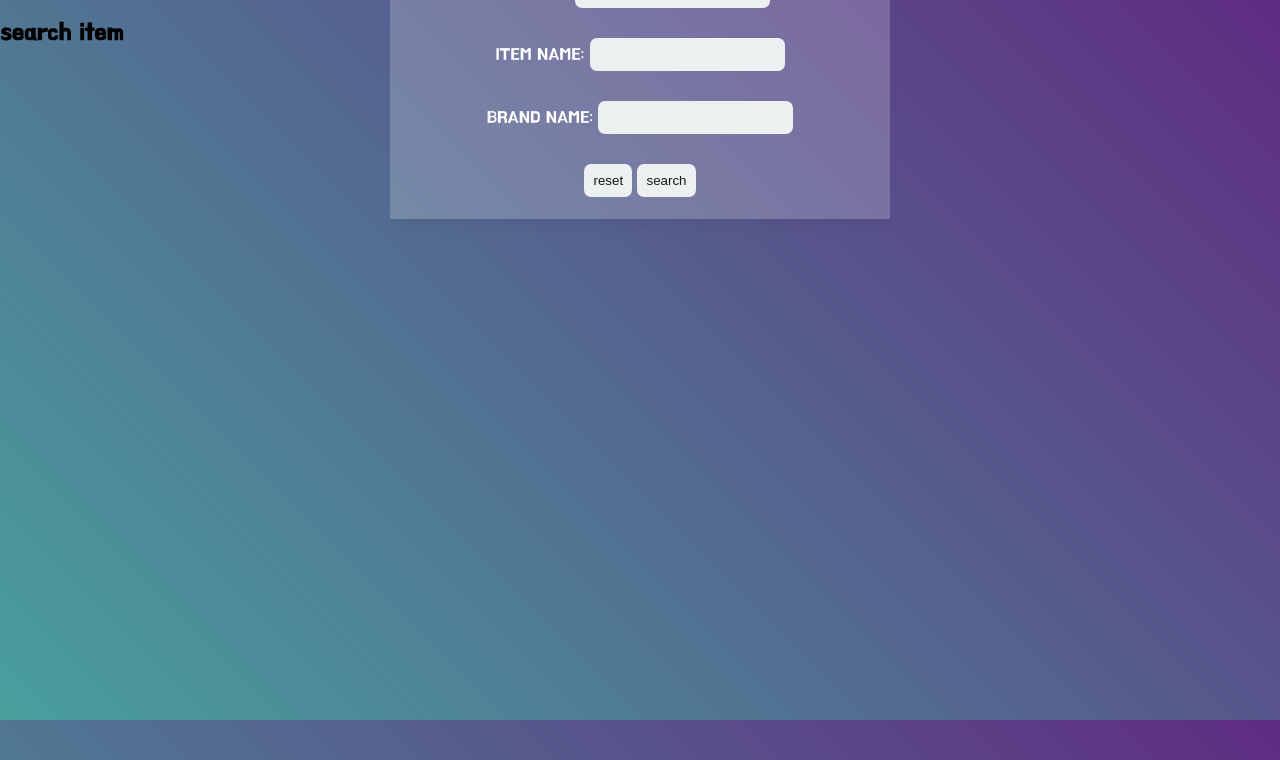
Repository: MIR013/KNU_DB_Project_Team5
Page: dbphase/Databaase/WebContent/search_item.html
The author's editor kept a copy of each file at every save. The page is drawn from the files as they stood at one save, then again after the next save.
The browser window is 1280 px wide. The pictures show the whole page.

Above is the page before, as saved 2018-11-22 11:27:07.

### dbphase/Databaase/WebContent/search_item.html
<!DOCTYPE html>
<html>
<head>
<meta charset="UTF-8">
<link rel='stylesheet' type='text/css' href='mystyle.css'>
<title>Insert title here</title>
</head>
<body>
<h2>search item</h2>
<form action="search_item_result.jsp" method="POST">
	<div class="container">
	<table>
			<tr>
				<td>   ITEM ID: <input type="text" name="itemID"/></td>
			</tr>
			<tr>
				<td> ITEM NAME: <input type="text" name="itemName"/></td>
			</tr>
			<tr>
				<td>BRAND NAME: <input type="text" name="brandName"/></td>
			</tr>
			<tr>
				<td><input type="reset" value="reset"/> <input type="submit" value="search"/> </td>
			</tr>

	</table>
	</div>
	</form>

	<form action="main_page.jsp" method="POST">
	<div class="container">
			<input type="submit" value="BACK"/>
	</div>
	</form>


</body>
</html>

### dbphase/Databaase/WebContent/mystyle.css


@font-face{
	font-family:"hanna";
	src:url("hanna.ttf")format("truetype");
}




input {
   /* width: 18%;*/
    text-align: center;

    padding: 1ex;
    border: 2px solid #ECF0F1;
    transition: border ease 500ms;
    border-radius: 1ex;
    background: #ECF0F1;
    color: #181818;

    &:focus {
      outline: none;
      border: 2px solid #3498DB;
    }

    &:not(:last-child) {
      margin-bottom: 1ex;
    }
}
button {
   color: white;
   border: 2px solid #3498DB;
   background: #3498DB;
}

html,
body {
	height: 100%;
}


body {
	margin: 0;
	background: linear-gradient(45deg, #49a09d, #5f2c82);
	font-family: hanna;
	font-weight: 100;
}

.container {
	height:800px;
	overflow: auto;
	position: absolute;
	top: 50%;
	left: 50%;
	transform: translate(-50%, -50%);
}

table {
	width: 500px;
	overflow: hidden;
	border-collapse: collapse;
	box-shadow: 0 0 20px rgba(0,0,0,0.1);
}

th,
td {
	white-space:nowrap;
	text-align: center;
	padding: 15px;
	background-color: rgba(255,255,255,0.2);
	color: #fff;
	margin-left: auto; margin-right: auto;
}

th {
	text-align: center;
}

thead {
	th {
		background-color: #55608f;
	}
}

tbody {
	tr {
		&:hover {
			background-color: rgba(255,255,255,0.3);
		}
	}
	td {
		position: relative;
		&:hover {
			&:before {
				content: "";
				position: absolute;
				left: 0;
				right: 0;
				top: -9999px;
				bottom: -9999px;
				background-color: rgba(255,255,255,0.2);
				z-index: -1;
			}
		}
	}
}

After the next save:
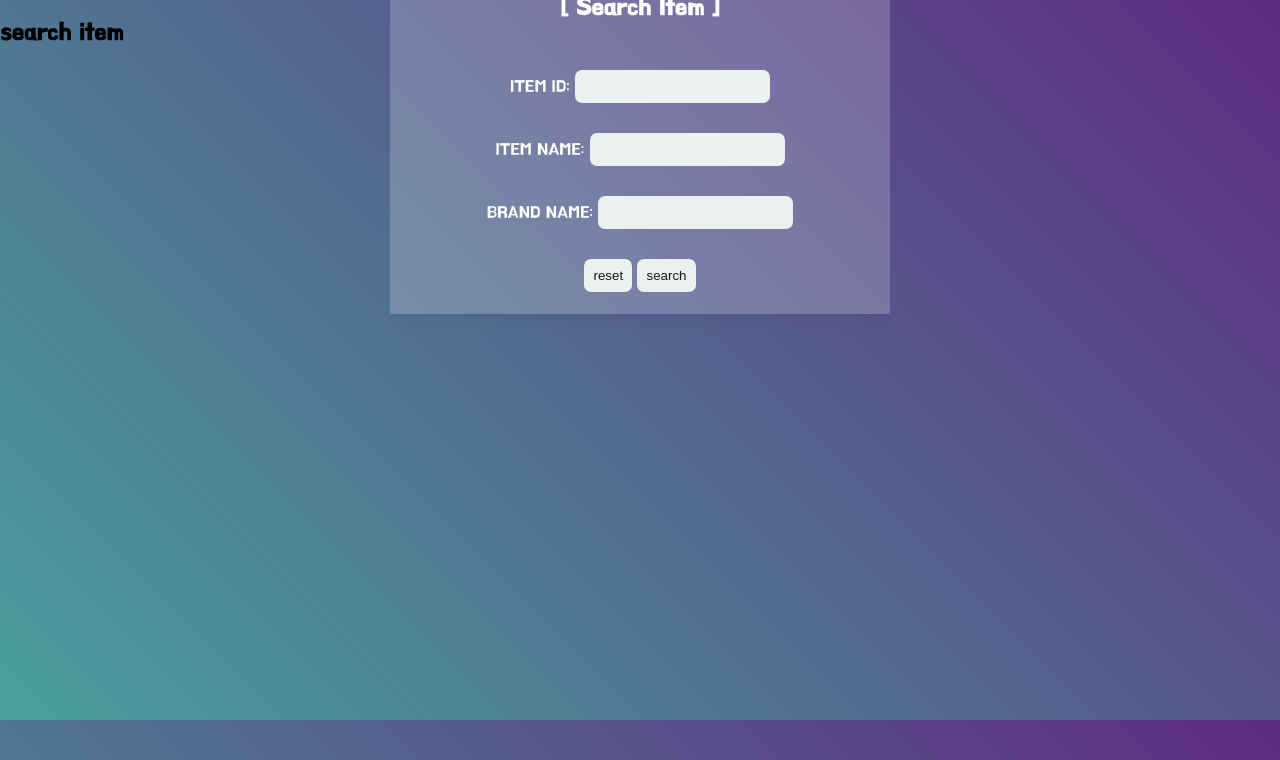
Saved 80 s later.
--- a/dbphase/Databaase/WebContent/search_item.html
+++ b/dbphase/Databaase/WebContent/search_item.html
@@ -10,6 +10,9 @@
 <form action="search_item_result.jsp" method="POST">
 	<div class="container">
 	<table>
+			<tr>
+				<th><h2> [ Search Item ] </h2></th>
+			</tr>
 			<tr>
 				<td>   ITEM ID: <input type="text" name="itemID"/></td>
 			</tr>
